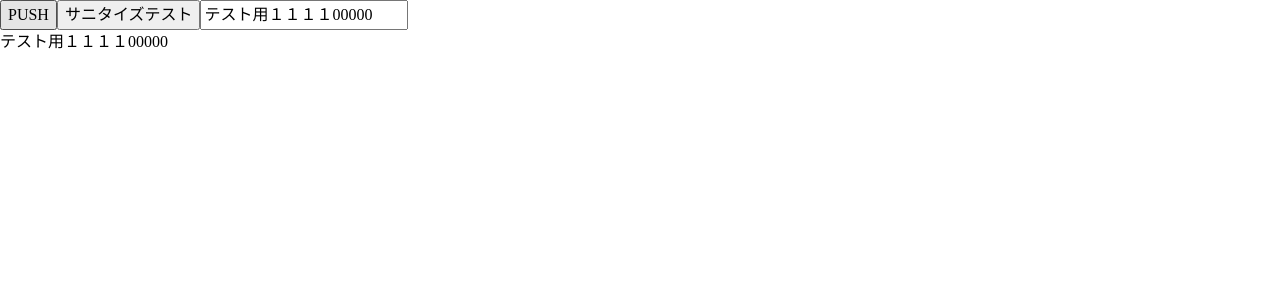
Repository: tsugitasu-japan/tsugitasu
Page: /test
These files come from the project's save history. The page is drawn as it stood at one moment and after the next save; the edit follows.
The browser window is 1280 px wide. The pictures show the whole page.
The project was rebuilt for these pictures with package versions that can differ from the ones it lists, and the page was loaded fresh each time. Also part of the build but not shown: src/views/Index.vue, src/views/SignUp.vue, src/views/Login.vue, src/views/Dashboard.vue, src/views/Profile.vue, src/views/CreateAuth.vue.

Above is the page before, as saved 2022-07-01 13:13:31.

### src/App.vue
<template>
<div>
  <router-view></router-view>
</div>
</template>

<script>

</script>

<style>

/*リセットCSS--------------------------------*/
*,
*::before,
*::after {
  box-sizing: border-box;
}
body,
h1,
h2,
h3,
h4,
p,
figure,
blockquote,
dl,
dd {
  margin: 0;
}
ul[role="list"],
ol[role="list"] {
  list-style: none;
}
html:focus-within {
  scroll-behavior: smooth;
}
body {
  min-height: 100vh;
  text-rendering: optimizeSpeed;
  line-height: 1.5;
}
a:not([class]) {
  text-decoration-skip-ink: auto;
}
img,
picture {
  max-width: 100%;
  display: block;
}
input,
button,
textarea,
select {
  font: inherit;
}
@media (prefers-reduced-motion: reduce) {
  html:focus-within {
    scroll-behavior: auto;
  }
  *,
  *::before,
  *::after {
    animation-duration: 0.01ms !important;
    animation-iteration-count: 1 !important;
    transition-duration: 0.01ms !important;
    scroll-behavior: auto !important;
  }
}
/*リセットcss終了---------------------------------*/

</style>

### src/components/Header.vue
<template>
  <header>
    <div class="header__left">
      <router-link class="link_style" to="/"><img src="../assets/logo.svg"></router-link>
    </div>
    <div class="header__right">
      <!-- 検索ボックス -->
      <div class="search__area">
        <input
        class="search__input"
        type="text"
        placeholder="キーワードで検索"
        v-model="SeachKeywords"
        >
        <button
          class="search__button"
          @click="GetArticle"
          >
          <img src="../assets/Icon-search.svg">
        </button>
      </div>
      <div class="link_login_button"><router-link class="link_login" to="/login"><div class="link_login_text">ログイン</div></router-link></div>
      <div class="link_signup_button"><router-link class="link_signup" to="/signup"><div class="link_signup_text">会員登録</div></router-link></div>
    </div>

  </header>

</template>

<script>
export default{
  data() {
    return{
    SeachKeywords:'',
    }
  },
  methods:{

  }
}
</script>

<style scoped lang="scss">
@import url('https://fonts.googleapis.com/css2?family=Noto+Sans+JP:wght@300;400;500;700&display=swap');

// @import url("yakuhanjp/dist/scss/yakuhanjp_s");
$main-color:#13CCCE;
$main-hover:#26ABAD;
$black:#2B2B2B;
// $main-font-family:'メイリオ', 'Meiryo','Hiragino Kaku Gothic ProN','ヒラギノ角ゴ ProN W3',sans-serif;
$main-font-family:'Noto Sans JP', sans-serif;
header{
  display: flex;
  align-items: center;
  justify-content: space-between;
  padding: 0px 24px 0px 24px;
  height: 68px;
  .header__left{
    padding: 15px 0 15px 0px;
  }
  .header__right{
    display: flex;
    align-items: center;
    justify-content: center;
    .search__area{
        border: solid 1px #E6E6E6;
        border-radius: 4px;
        width:255px;
        display: flex;
        justify-content: space-between;
        padding:2px;
        transition: 0.1s ease;
        &:hover{
          border: solid 1px #999999;
        }
        &:focus-within{
          border: solid 1px #999999;
        }
      .search__input{
        font-family: $main-font-family;
        font-size: 13px;
        font-weight: 400;
        color: $black;
        width:215px;
        height: 35px;
        border: none;
        letter-spacing: 0.2px;
        padding-left:10px;
        vertical-align:top;
        line-height: 1.5;

          &::placeholder{
          font-family: $main-font-family;
          color: #bcbcbc;
          font-weight: 300;
          }

          &:focus{
            background: transparent;
            outline: transparent;
          }
      }
      .search__button{
        background-color: transparent;
        border:none;
        width:35px;
        height:35px;
          img{
            margin:0 auto;
        }
      }
    }
    // ログイン・サインアップリンク
    .link_login_button{
      margin:0px 12px;
     .link_login{
       text-decoration: none;
       display:block;
       .link_login_text{
         font-family: $main-font-family;
         font-size: 13px;
         font-weight: 700;
         letter-spacing: 0.4px;
         color: #7F7F7F;
         padding: 9px 16px;
         transition: 0.1s ease;
        &:hover{
          color:$black;
        }
       }
     }
    }
    .link_signup_button{
     .link_signup{
       text-decoration: none;
       display:block;
       border-radius: 5px;
       background-color: $main-color;
       transition: 0.1s ease;
      &:hover{
        background-color:$main-hover;
      }
       .link_signup_text{
         font-family: $main-font-family;
         font-size: 13px;
         font-weight: 700;
         letter-spacing: 0.4px;
         color: #FFFFFF;
         padding: 10px 18px;
        display: flex;
        align-items: center;
        justify-content: center;
       }
     }
    }
  }
}

</style>

### src/components/HeaderLogin.vue
<template>
  <header>
    <div class="header__left">
      <router-link class="link_style" to="/dashboard"><img src="../assets/logo.svg"></router-link>
    </div>

    <div class="header__right">
      <div class="main_button">
        <router-link class="link_main_button" to="/">
          <div class="main_button_text">教材・授業検索へ</div>
        </router-link>
      </div>
      <!-- 検索ボックス -->
      <div class="search__area">
        <input class="search__input" type="text" placeholder="キーワードで検索" v-model="SeachKeywords">
        <button class="search__button" @click="GetArticle">
          <img src="../assets/Icon-search.svg">
        </button>
      </div>
      <!-- プロフィールメニュー -->
      <div class="profile_menu_contnair" :class="{bg_white:isShowMenu}">
        <div class="plofile_allshow" @click="isOpenMenu">
          <div class="profile_menu_left">
            <!-- <div class="test"></div> -->
            <div class="user_name">{{ CutUserName }}</div>
          </div>
          <div class="profile_menu_right">
            <img src="../assets/drop_triangle.svg" :class="{relote90:!isShowMenu}">
          </div>
        </div>
        <div class="profile_changeshow" v-if="isShowMenu">
          <routerLink to="/profile" class="prfile_menu_p prfile_menu_link_style menu_margin">マイプロフィール</routerLink>
          <routerLink to="/" class="prfile_menu_p prfile_menu_link_style">ログアウト</routerLink>
        </div>
      </div>
    </div>

  </header>

</template>

<script>
import axios from 'axios'

export default {
  data() {
    return {
      SeachKeywords: '',
      UserName: '小島聡太テスト',
      isShowMenu:false,
      CutUserName:'',
    }
  },
  // DOMのCreated時にユーザー情報を取得
  created() {
    axios.get(
      "/users",
    )
      .then(response => {
        console.log(response);
      });
    this.CutName();
  },
  methods: {
    isOpenMenu(){
      this.isShowMenu = !this.isShowMenu;
    },
    CutName(){
      if(this.UserName.length > 7){
        this.CutUserName =  this.UserName.substr(0,7) + '...';
      }
      else{
        this.CutUserName = this.UserName;
      }
    }
  }
}
</script>

<style scoped lang="scss">
@import url('https://fonts.googleapis.com/css2?family=Noto+Sans+JP:wght@300;400;500;700&display=swap');

// @import url("yakuhanjp/dist/scss/yakuhanjp_s");
$main-color: #13CCCE;
$main-hover: #26ABAD;
$black: #2B2B2B;
// $main-font-family:'メイリオ', 'Meiryo','Hiragino Kaku Gothic ProN','ヒラギノ角ゴ ProN W3',sans-serif;
$main-font-family: 'Noto Sans JP', sans-serif;

header {
  position:relative;
  display: flex;
  align-items: center;
  justify-content: space-between;
  padding: 0 210px 0 24px;
  height: 69px;
  border-bottom: 1px solid #ECECEC;
  .header__left{
        padding: 15px 0 15px 0px;
  }
  .header__right {
    display: flex;
    align-items: center;
    justify-content: center;

    .search__area {
      border: solid 1px #E6E6E6;
      border-radius: 4px;
      width: 255px;
      display: flex;
      justify-content: space-between;
      padding: 2px;
      transition: 0.1s ease;

      &:hover {
        border: solid 1px #999999;
      }

      &:focus-within {
        border: solid 1px #999999;
      }

      .search__input {
        font-family: $main-font-family;
        font-size: 13px;
        font-weight: 400;
        color: $black;
        width: 215px;
        height: 35px;
        border: none;
        letter-spacing: 0.2px;
        padding-left: 10px;
        vertical-align: top;
        line-height: 1.5;

        &::placeholder {
          font-family: $main-font-family;
          color: #bcbcbc;
          font-weight: 300;
        }

        &:focus {
          background: transparent;
          outline: transparent;
        }
      }

      .search__button {
        background-color: transparent;
        border: none;
        width: 35px;
        height: 35px;

        img {
          margin: 0 auto;
        }
      }
    }

    .main_button {
      margin-right: 16px;

      .link_main_button {
        text-decoration: none;
        display: block;
        border-radius: 5px;
        background-color: $main-color;
        transition: 0.2s ease;

        &:hover {
          background-color: $main-hover;
        }

        .main_button_text {
          font-family: $main-font-family;
          font-size: 12px;
          font-weight: 700;
          letter-spacing: 0.4px;
          color: #FFFFFF;
          padding: 11px 20px;
          display: flex;
          align-items: center;
          justify-content: center;
        }
      }
    }

    // プロフィールメニュー
    .profile_menu_contnair {
      position: absolute;
      top: 13px;
      right: 24px;
      width: 170px;
      background-color: #EBF1F1;
      border-radius: 4px;
      padding: 9px 12px 9px 14px;
      transition: .2s;
      &.bg_white{
        background-color: #FFFFFF;
        box-shadow: 0px 3px 20px rgba(75,75,75,0.16);
      }

      .plofile_allshow {
        display: flex;
        justify-content: space-between;
        align-items: center;
        cursor: pointer;
        padding: 1px 0;
        .profile_menu_right{
          img{
            transition: .2s;
            &.relote90{
            transform: rotate(-90deg);
          }
          }
        }
        .profile_menu_left {
          display: flex;
          align-items: center;


          .user_name {
            letter-spacing: 0.5px;
            color: #525252;
            font-family: $main-font-family;
            font-weight: 400;
            font-size: 14.5px;
          }
        }
      }
      .profile_changeshow{
        display: flex;
        flex-direction: column;
        padding-top: 14px;
        padding-bottom: 5px;
        display: inline-block;
        .prfile_menu_p{
            letter-spacing: 0.4px;
            color: #8a8a8a;
            font-family: $main-font-family;
            font-weight: 400;
            font-size: 14px;
            transition: .15s;
            display: block;

            &:hover{
              color:$main-hover;
            }
        }
        .prfile_menu_link_style{
          text-decoration: none;
          display: inline-block;
        }
        .menu_margin{
          margin-bottom: 14px;
        }
      }
    }
  }
}
</style>

### src/views/CreateClass.vue
<template>
  <header class="create_header header_position">
    <router-link to="/dashboard" class="back_link_style">やめる</router-link>
    <div class="button_contnair">
      <svg class="help_icon" xmlns="http://www.w3.org/2000/svg" width="24" height="24" viewBox="0 0 24 24">
        <g transform="translate(-993 -18.35)">
          <path class="help_icon_fill"
            d="M6.291,0A4.932,4.932,0,0,0,1.91,2.317a.612.612,0,0,0,.132.837l1.1.833a.611.611,0,0,0,.847-.106A2.47,2.47,0,0,1,6.093,2.622c.783,0,1.752.5,1.752,1.263,0,.574-.474.869-1.247,1.3C5.7,5.694,4.5,6.323,4.5,7.9v.249a.611.611,0,0,0,.611.611H6.958a.611.611,0,0,0,.611-.611V8c0-1.091,3.189-1.137,3.189-4.089C10.758,1.687,8.452,0,6.291,0ZM6.036,9.507A1.763,1.763,0,1,0,7.8,11.271,1.765,1.765,0,0,0,6.036,9.507Z"
            transform="translate(998.896 23.658)" fill="#cecece" />
          <circle class="help_icon_stroke" cx="11" cy="11" r="11" transform="translate(994 19.35)" fill="none"
            stroke="#cecece" stroke-width="2" />
        </g>
      </svg>
    </div>
  </header>
  <CreateClassContent></CreateClassContent>
</template>

<script>
  import CreateClassContent from '../components/CreateClassContent.vue'

  export default{
    components:{
      CreateClassContent
    }
  }
</script>

<style scoped lang="scss">
@import url('https://fonts.googleapis.com/css2?family=Noto+Sans+JP:wght@300;400;500;700&display=swap');

// @import url("yakuhanjp/dist/scss/yakuhanjp_s");
$main-color: #13CCCE;
$main-hover: #26ABAD;
$black: #2B2B2B;
$off-color: #999999;
// $main-font-family:'メイリオ', 'Meiryo','Hiragino Kaku Gothic ProN','ヒラギノ角ゴ ProN W3',sans-serif;
$main-font-family: 'Noto Sans JP', sans-serif;

.create_header {
  height: 60px;
  padding: 0px 24px 0px 24px;
  display: flex;
  justify-content: space-between;
  align-items: center;
  background-color: #FFFFFF;
  border-bottom: 1px solid #ECECEC;
  .button_contnair {
    width: 30px;
    height: 30px;
    position: relative;

    &:hover .help_icon_fill {
      fill: #8c8c8c;
    }

    &:hover .help_icon_stroke {
      stroke: #8c8c8c;
    }

    .help_icon {
      position: absolute;
      top: 0;
      left: 0;
      right: 0;
      bottom: 0;
      margin: auto;

      .help_icon_fill {
        transition: .1s;
      }

      .help_icon_stroke {
        transition: .1s;
      }
    }
  }

  .back_link_style {
    text-decoration: none;
    font-family: $main-font-family;
    font-size: 13.5px;
    font-weight: 700;
    color: $off-color;
    letter-spacing: 0.2px;
    transition: .2s ease;

    &:hover {
      color: $black;
    }
  }
}
</style>

### src/components/LamdaTest.vue
<template>
<button @click="createUserTest">PUSH</button>
<button @click="sanitizeAndEmit">サニタイズテスト</button>
<input v-model="math">
<p>{{math}}</p>
</template>


<script>
import axios from 'axios'
export default{
  data(){
    return{
      math:'テスト用１１１１00000'
    }
  },
  methods:{
    sanitizeAndEmit(){
      this.math.replace(/[^0-9０-９]/g, '');
      console.log('サニタイズ')
    },
    // サーバーに作成ユーザー情報を送信 Axios
    createUserTest() {
      axios.post(
        // LamdaURL
        'https://0dpf7vjoce.execute-api.ap-northeast-1.amazonaws.com/dev/user/entry/tmp',
        {
          body: {
            "email": "hoge@example.com",
            "password": "hogehoge345"
          }
        }
      );
    }
  }
}
</script>

### src/components/SignUpHeader.vue
<template>
  <header>
    <div class="signup__header__left">
      <router-link class="link_style" to="/"><img src="../assets/logo.svg"></router-link>
    </div>
    <div class="signup__header__right">
      <div class="link_login_button"><router-link class="link_login" to="/login"><div class="link_login_text">ログインはこちらから</div></router-link></div>
    </div>

  </header>

</template>

<style  scoped lang="scss">
@import url('https://fonts.googleapis.com/css2?family=Noto+Sans+JP:wght@300;400;500;700&display=swap');

// @import url("yakuhanjp/dist/scss/yakuhanjp_s");
$main-color:#13CCCE;
$main-hover:#26ABAD;
$black:#2B2B2B;
// $main-font-family:'メイリオ', 'Meiryo','Hiragino Kaku Gothic ProN','ヒラギノ角ゴ ProN W3',sans-serif;
$main-font-family:'Noto Sans JP', sans-serif;

header{
  display: flex;
  align-items: center;
  justify-content: space-between;
  padding: 14px 24px 14px 24px;
  border-bottom:1px solid #ECECEC ;

  // .header__left{

  // }
  .signup__header__right{
    // ログイン
    .link_login_button{
      margin:0px 12px;
     .link_login{
       text-decoration: none;
       display:block;
       .link_login_text{
         font-family: $main-font-family;
         font-size: 13px;
         font-weight: 500;
         letter-spacing: 0.4px;
         color: #7F7F7F;
         padding: 9px 0px;
         transition: 0.1s ease;
        &:hover{
          color:$black;
        }
       }
     }
    }
  }
}

</style>

### src/components/LogInHeader.vue
<template>
  <header>
    <div class="signup__header__left">
      <router-link class="link_style" to="/"><img src="../assets/logo.svg"></router-link>
    </div>
    <div class="signup__header__right">
      <div class="link_login_button"><router-link class="link_login" to="/signup"><div class="link_login_text">会員登録はこちらから</div></router-link></div>
    </div>

  </header>

</template>

<style  scoped lang="scss">
@import url('https://fonts.googleapis.com/css2?family=Noto+Sans+JP:wght@300;400;500;700&display=swap');

// @import url("yakuhanjp/dist/scss/yakuhanjp_s");
$main-color:#13CCCE;
$main-hover:#26ABAD;
$black:#2B2B2B;
// $main-font-family:'メイリオ', 'Meiryo','Hiragino Kaku Gothic ProN','ヒラギノ角ゴ ProN W3',sans-serif;
$main-font-family:'Noto Sans JP', sans-serif;

header{
  display: flex;
  align-items: center;
  justify-content: space-between;
  padding: 14px 24px 14px 24px;
  border-bottom:1px solid #ECECEC ;

  // .header__left{

  // }
  .signup__header__right{
    // ログイン
    .link_login_button{
      margin:0px 12px;
     .link_login{
       text-decoration: none;
       display:block;
       .link_login_text{
         font-family: $main-font-family;
         font-size: 13px;
         font-weight: 500;
         letter-spacing: 0.4px;
         color: #7F7F7F;
         padding: 9px 0px;
         transition: 0.1s ease;
        &:hover{
          color:$black;
        }
       }
     }
    }
  }
}

</style>

### src/components/MyProfile.vue
<template>
  <div class="profile_layout">
    <div class="self_introduce_contnair">
      <div class="self_introduce_contnair_left">
        <div class="img_area">
          <!-- 本当はユーザーのアイコンを設置 -->
          <div class="test_circle"></div>
        </div>
        <div class="text_area">
          <p class="profile_username_style username_padding">{{ username }}</p>
          <p class="profile_selfintro_style profile_selfintro_contnair">{{ selfIntroduction }}</p>
          <div class="follow_info_area">
            <router-link to="/profile/following" class="follow_info_style follow_info_margin_r"><span class="follow_num_style">{{ followNum }}</span> フォロー</router-link>
            <router-link to="/profile/followers" class="follow_info_style"><span class="follow_num_style">{{ followerNum }}</span> フォロワー</router-link>
          </div>
       </div>
      </div>
      <div class="button_area">
        <div class="edit_button">
          <router-link class="link_edit_button" to="/profile/edit">
            <div class="edit_button_text">設定</div>
          </router-link>
        </div>
      </div>
    </div>
  </div>
</template>

<script>
export default {
  data() {
    return {
      username: '小島聡太テスト',
      selfIntroduction: '愛知県名古屋市で数学教員をしています。 数学の問題と解答をブラッシュアップの目的も兼ねて、時々投稿しています。 愛知県名古屋市で数学教員をしています。 数学の問題と解答をブラッシュアップの目的も兼ねて、時々投稿しています。',
      followNum: '3',
      followerNum: '3',
    }
  }
}

</script>

<style scoped lang="scss">
@import url('https://fonts.googleapis.com/css2?family=Noto+Sans+JP:wght@300;400;500;700&display=swap');

// @import url("yakuhanjp/dist/scss/yakuhanjp_s");
$main-color: #13CCCE;
$main-hover: #26ABAD;
$black: #2B2B2B;
// $main-font-family:'メイリオ', 'Meiryo','Hiragino Kaku Gothic ProN','ヒラギノ角ゴ ProN W3',sans-serif;
$main-font-family: 'Noto Sans JP', sans-serif;

.profile_layout {
  margin-top: 65px;
  display: flex;
  justify-content: center;

  .self_introduce_contnair {
    width: 730px;
    display: flex;
    justify-content: space-between;
    padding-bottom: 42px;
    border-bottom: 1px solid #E6E6E6;
    .self_introduce_contnair_left{
      display: flex;
    .img_area {
      margin-right: 32px;
      .test_circle {
        width: 104px;
        height: 104px;
        border-radius: 57px;
        background-color: #2B2B2B;
      }
    }

    .text_area {
      .profile_username_style {
        font-family: $main-font-family;
        font-size: 22px;
        font-weight: 700;
        letter-spacing: 0.8px;
        color: $black;
      }

      .username_padding {
        padding-bottom: 10px;
      }

      .profile_selfintro_style {
        font-family: $main-font-family;
        font-size: 14px;
        font-weight: 400;
        letter-spacing: 0.4px;
        line-height: 1.94;
        color: $black;
      }

      .profile_selfintro_contnair {
        max-width: 500px;
      }

      .follow_info_area {
        display: flex;
        padding-top: 11px;

        .follow_info_style {
          font-family: $main-font-family;
          font-size: 14px;
          font-weight: 400;
          letter-spacing: 0.4px;
          color: #7F7F7F;
          text-decoration: none;
          .follow_num_style{
          font-family: $main-font-family;
          font-size: 15px;
          font-weight: 700;
          color: $black;
          }
        }
        .follow_info_margin_r{
          margin-right: 12px;
        }
      }
    }

    }
    .button_area {
      .edit_button {
        .link_edit_button {
          text-decoration: none;
          display: block;
          border-radius: 3px;
          background-color: #FFFFFF;
          border: 1px solid #D8D8D8;
          transition: 0.2s ease;

          &:hover {
            border: 1px solid #404040;
          }

          .edit_button_text {
            font-family: $main-font-family;
            font-size: 12.5px;
            font-weight: 700;
            letter-spacing: 0.4px;
            color: #404040;
            padding: 9px 26px;
            display: flex;
            align-items: center;
            justify-content: center;
          }
        }
      }
    }
  }
}
</style>

Loaded but not shown: public/index.html (common file); src/store/index.js (57 lines, source omitted); src/router.js (25 lines, source omitted); src/main.js (17 lines, source omitted); src/components/CreateClassContent.vue (979 lines, source omitted); src/components/DashboardSidebar.vue (249 lines, source omitted); src/components/SignUpContents.vue (426 lines, source omitted); src/components/DashboardClass.vue (342 lines, source omitted); src/components/CreateAuthContent.vue (234 lines, source omitted); src/components/LogInContents.vue (268 lines, source omitted)

After the next save:
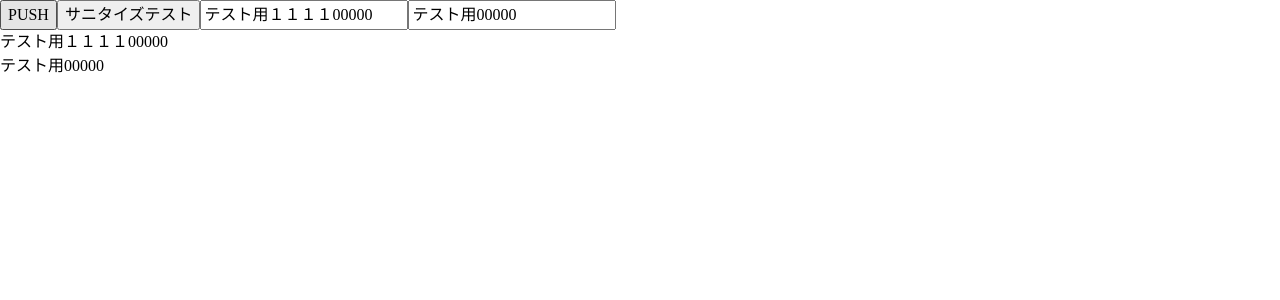
Saved 28 min 34 s later.
--- a/src/components/LamdaTest.vue
+++ b/src/components/LamdaTest.vue
@@ -2,7 +2,9 @@
 <button @click="createUserTest">PUSH</button>
 <button @click="sanitizeAndEmit">サニタイズテスト</button>
 <input v-model="math">
+<input :value="math1" @input="event => value = event.target.value.replace(/[^0-9]/g, '')">
 <p>{{math}}</p>
+<p>{{math1}}</p>
 </template>
 
 
@@ -11,7 +13,8 @@
 export default{
   data(){
     return{
-      math:'テスト用１１１１00000'
+      math:'テスト用１１１１00000',
+      math1:'テスト用00000'
     }
   },
   methods:{
